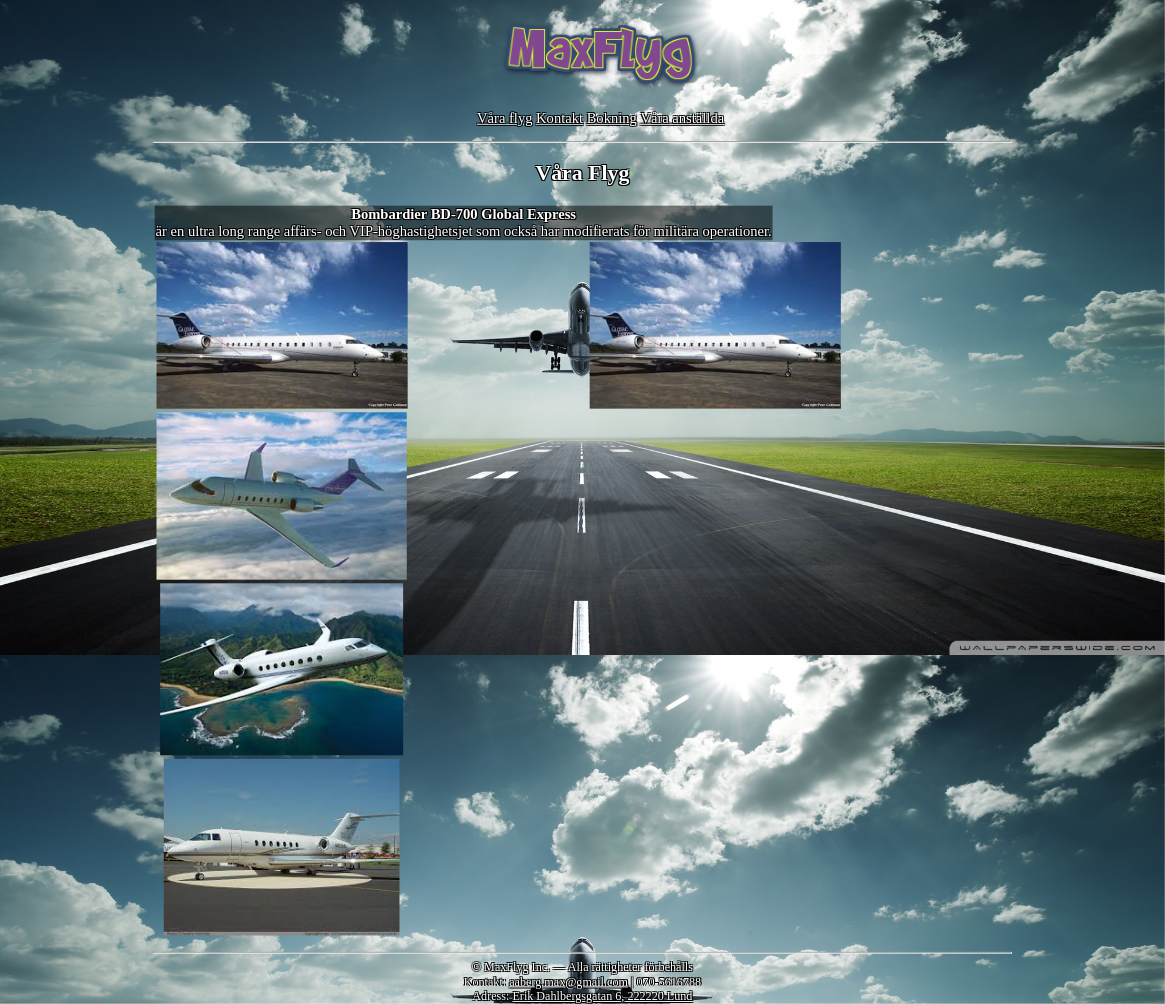
Repository: Maxenboy/Computer-Engineering-BA-A-Web-Programming-with-HTML5-CSS3-and-JavaScript-DT146G
Page: Mittuniversitet/Lab3/airplanes.html
These files come from the project's save history. The page is drawn as it stood at one moment and after the next save; the edit follows.
The browser window is 1280 px wide. The pictures show the whole page, at 91% of full size.
Backgrounds fixed to the window are drawn as part of the page.

Above is the page before, as saved 2014-09-18 17:55:18.

After the next save:
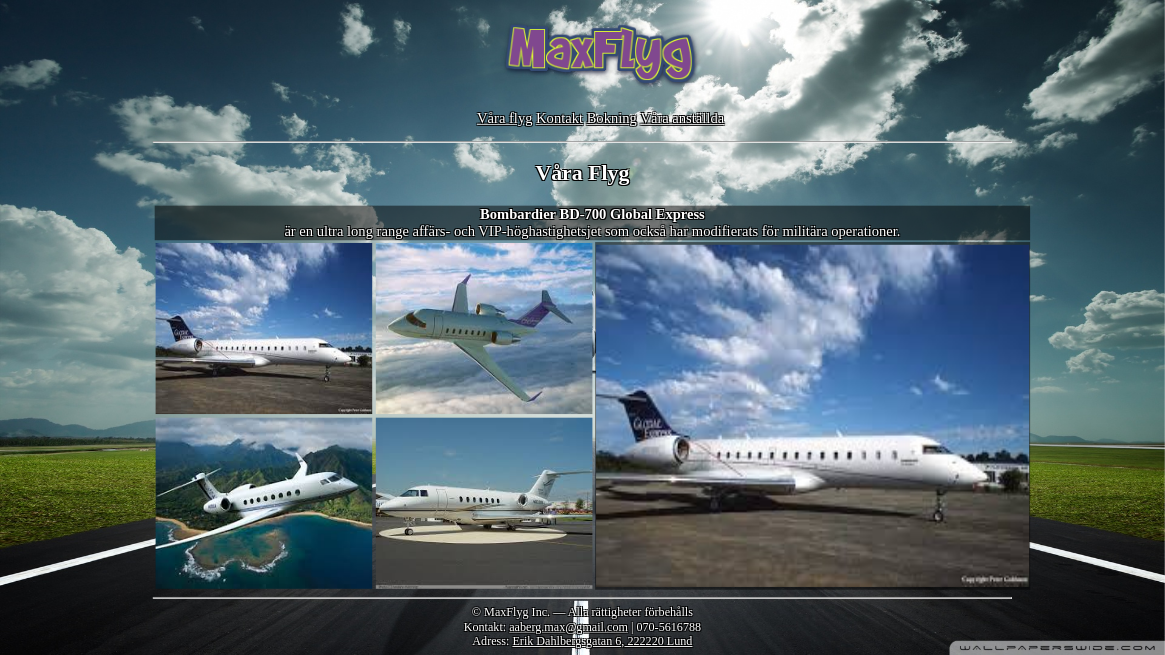
Saved 44 s later.
--- a/Mittuniversitet/Lab3/airplanes.html
+++ b/Mittuniversitet/Lab3/airplanes.html
@@ -45,21 +45,16 @@
 					<br/>
 					är en ultra long range affärs- och VIP-höghastighetsjet som också har modifierats för militära operationer.</td>
 				</tr>
+				<tr>
+					<td><img  src="img/global.jpg" alt="Bombardier BD-700 Global Express" id="global" onclick="LoadImage('global')"/></td>
+					<td><img src="img/challenger.jpg" alt="Bombardier Challenger 600-serien" id="challenger" onclick="LoadImage('challenger')" /></td>
+					<td rowspan="2" class="span"><img  src="img/global.jpg" alt="Bombardier BD-700 Global Express" id="big"/></td>
+				</tr>
+				<tr>
+					<td><img src="img/gulfstream.jpg" alt="Gulfstream" id="gulf" onclick="LoadImage('gulf')" /></td>
+					<td><img src="img/hawker.jpg" alt="Hawker 800" id="hawk" onclick="LoadImage('hawk')" /></td>
+				</tr>
 			</table>
-			<div id="wrapper" >
-				<div class="gallery" >
-					<img  src="img/global.jpg" alt="Bombardier BD-700 Global Express" id="global" onclick="LoadImage('global')"/>
-					<img src="img/challenger.jpg" alt="Bombardier Challenger 600-serien" id="challenger" onclick="LoadImage('challenger')" />
-					<div >
-						<img src="img/gulfstream.jpg" alt="Gulfstream" id="gulf" onclick="LoadImage('gulf')" />
-						<img src="img/hawker.jpg" alt="Hawker 800" id="hawk" onclick="LoadImage('hawk')" />
-					</div>
-				</div>
-				<div >
-					<img  src="img/global.jpg" alt="Bombardier BD-700 Global Express" id="big"/>
-				</div>
-			</div>
-
 		</section>
 		<footer>
 			<hr/>
